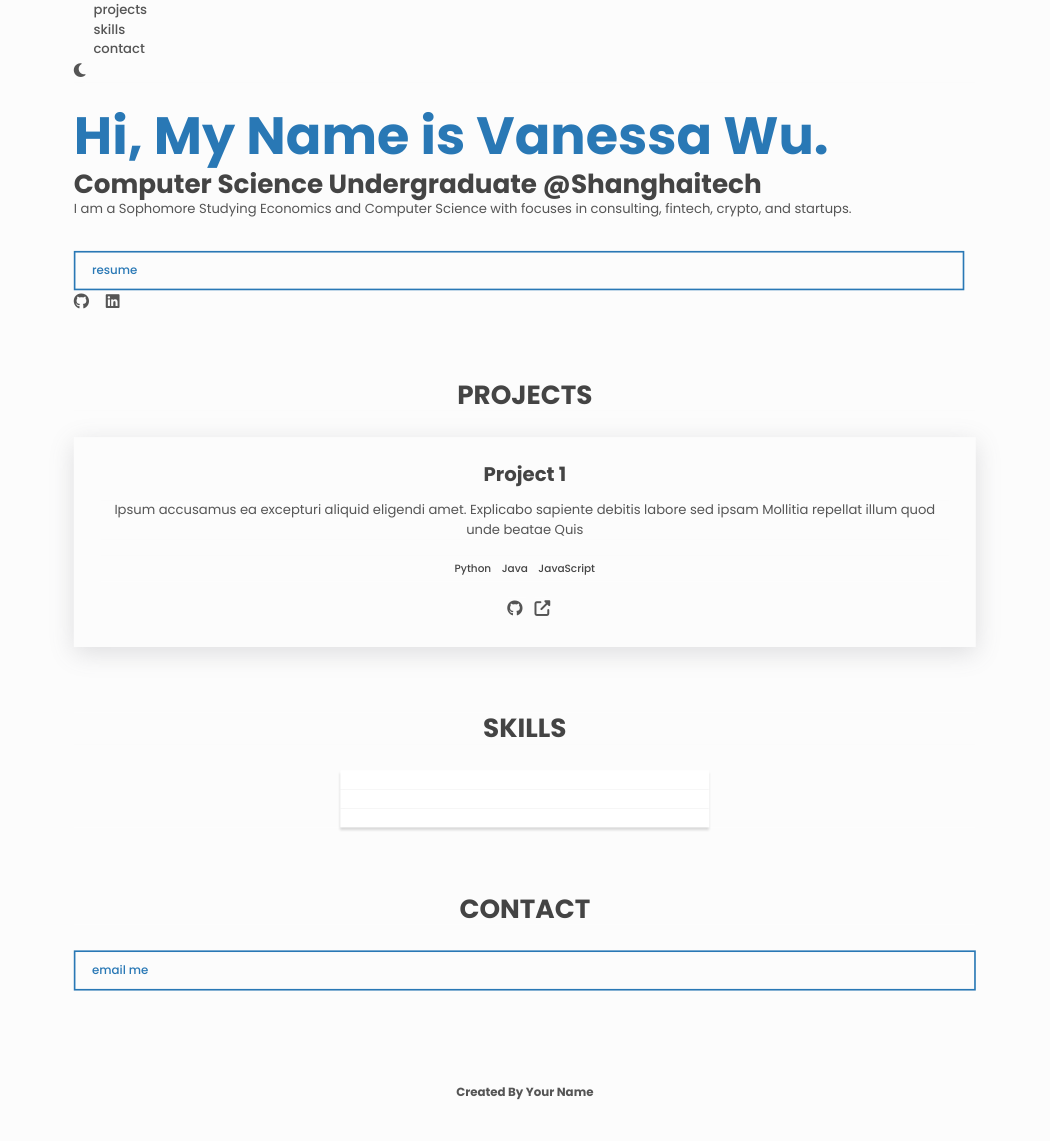
Repository: indiansummer1022/Cubstart
Page: Web Track/hw1/index.html
These files come from the project's save history. The page is drawn as it stood at one moment and after the next save; the edit follows.
The browser window is 1280 px wide. The pictures show the whole page, at 82% of full size.
Some web libraries are served in a nearby version.

Above is the page before, as saved 2022-02-15 21:13:37.

After the next save:
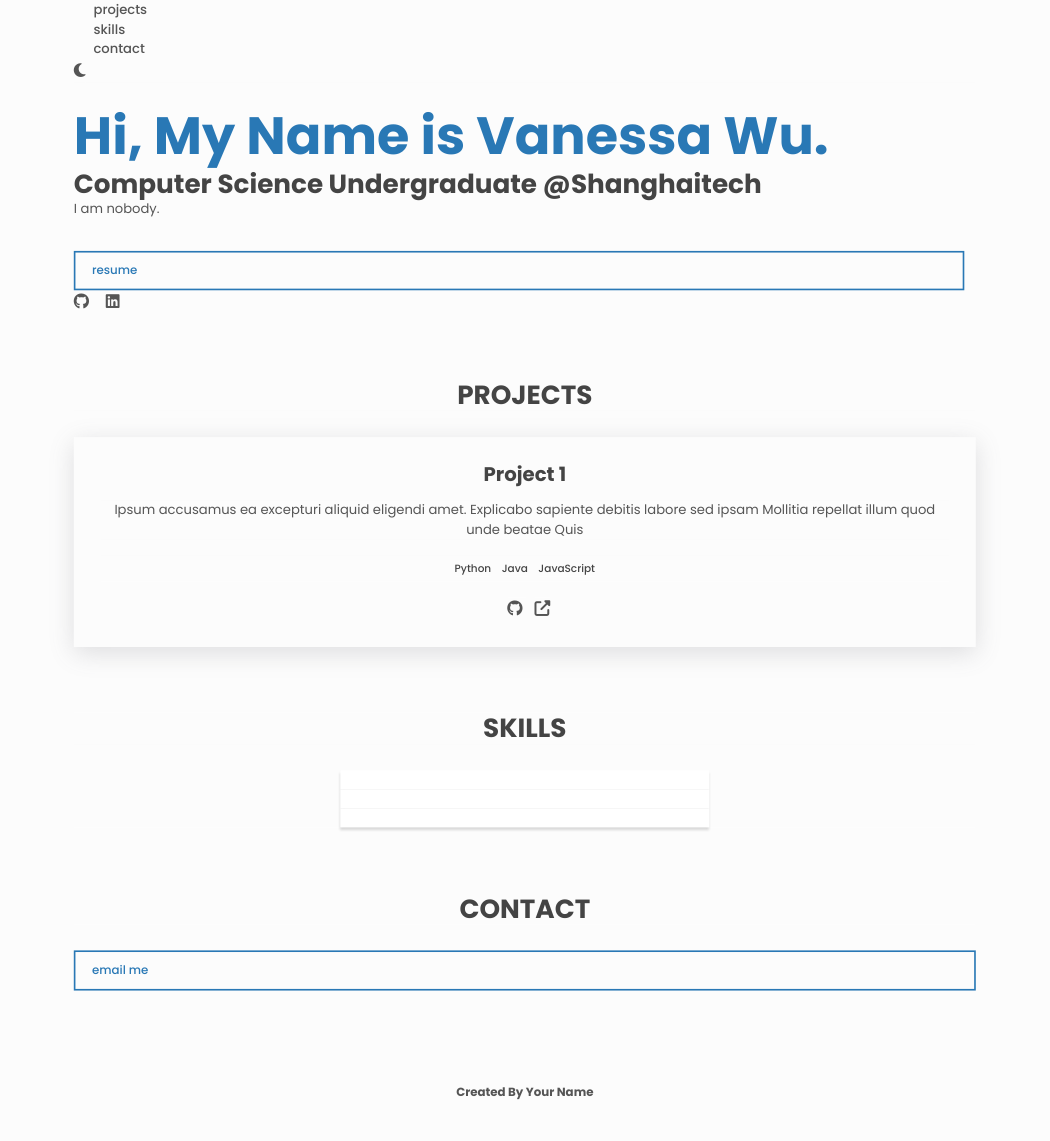
Saved 10 s later.
--- a/Web Track/hw1/index.html
+++ b/Web Track/hw1/index.html
@@ -78,7 +78,7 @@
         Computer Science Undergraduate @Shanghaitech
       </h2>
       <p class="about-desc">
-        I am a Sophomore Studying Economics and Computer Science with focuses in consulting, fintech, crypto, and startups.
+        I am nobody.
       </p>
       <!-- END PART 6 -->
       <div class="about__contact center">
